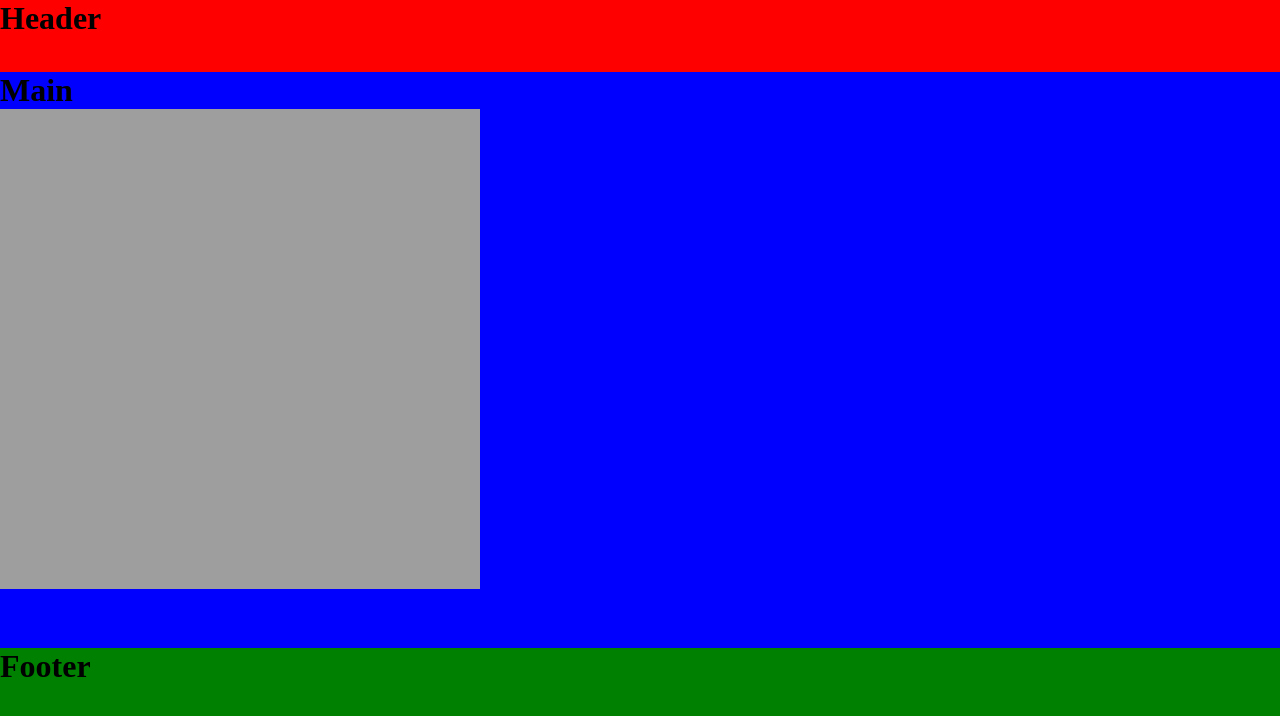
Repository: jameswilky/chess
Page: index.html
These files come from the project's save history. The page is drawn as it stood at one moment and after the next save; the edit follows.
The browser window is 1280 px wide. The pictures show the whole page.

Above is the page before, as saved 2018-11-22 09:18:14.

### index.html
<!DOCTYPE html>
<html>

<head>
    <meta charset="utf-8" />
    <title>Chess</title>
    <link href="style.css" rel="stylesheet">
</head>

<body>

    <div class="wrapper">
        <header>
            <h1>Header</h1>

        </header>
    </div>
    <div class="main">
        <h1>Main</h1>
        <div id="game">
            <canvas id="board"></canvas>
            <canvas id="markers"></canvas>
            <canvas id="chessmen_layer"></canvas>
        </div>
    </div>
    <footer>
        <h1>Footer</h1>
    </footer>
    </div>





</body>

<script src="board.js"></script>
<script src="chessmen.js"></script>
<script src="mouse.js"></script>
<script src="game.js"></script>

</html>

### style.css
* {
  padding: 0;
  margin: 0;
}

.main{
 position: absolute;
 top: 10%;
 bottom: 10%;
 right:0;
 left:0;
 background-color: blue;
}

#game{
  position: absolute;
  height: 480px;
  width: 480px;
}

#board {
  left : 0; z-index:0; position: absolute;
}

#markers {
  left : 0; z-index:0; position: absolute;
}

#chessmen_layer {
 left : 0; z-index:1; position: absolute;
}

header{
  position: absolute;
  background-color: red;
  top:0;
  right: 0;
  left: 0;
  height: 10%;
}

footer{
  position: absolute;
  z-index: 3;
  right: 0;
  left: 0;
  background-color: green;
  height: 10%;
  bottom: 0;
}

### board.js
//Define Globals
const N = 8;
const game_div = document.getElementById("game");
const WIDTH = game_div.offsetWidth;
const HEIGHT = game_div.offsetHeight;
const TILE_SIZE = HEIGHT / N; // 60

console.log(WIDTH, HEIGHT)
//Define board canvas
const board = document.getElementById("board");
const board_ctx = board.getContext("2d");
board.width = WIDTH;
board.height = HEIGHT;
let primary_color = "#a87e2b";
let secondary_color = "#ffdf9e";


//Define marker layer
const markers = document.getElementById("markers");
const markers_ctx = markers.getContext("2d");
markers.height = HEIGHT;
markers.width = WIDTH;

//Define chessmen layer
const chessmen_layer = document.getElementById("chessmen_layer");
const chessmen_ctx = chessmen_layer.getContext("2d");
chessmen_layer.height = HEIGHT;
chessmen_layer.width = WIDTH;

//Used for drawing
function drawRect(ctx, x, y, color) {
  ctx.beginPath();
  ctx.rect(x, y, TILE_SIZE, TILE_SIZE);
  ctx.fillStyle = color;
  ctx.fill();
  ctx.closePath();
}

function initialize_board() {
  // Initialize graphical and logical board
  let i, j, x, y = 0;
  let prev_color;
  for (i = 0; i < N; i++) {
    y = TILE_SIZE * i;
    if (i % 2 == 0) { //If even, start with a black grid
      prev_color = secondary_color;
    }
    else { //If odd, start with a #ffcf7c grid
      prev_color = primary_color;
    }
    for (j = 0; j < N; j++) {
      x = TILE_SIZE * j;

      if (prev_color == primary_color) { //If last block black, make this block #ffcf7c
        prev_color = secondary_color;
      }
      else if (prev_color == secondary_color) { //If last block #ffcf7c, make this block black
        prev_color = primary_color;
      }
      drawRect(board_ctx, x, y, prev_color);

    }
  }
}

### chessmen.js
let chessmen = []; // Hold living chest piece objects

// Populate list of current chess pieces
function init_chessmen(items) {
  for (let id = 0; id < items.length; id++) {
    chessmen[id] = new Chessman(id, items[id].type, items[id].row, items[id].col, items[id].faction);
    chessmen[id].render(chessmen_ctx);
  }
}

//Chest piece constructor
function Chessman(id, type, row, col, faction) {
  this.name = type + "_" + faction + "_" + id;
  this.id = id;
  this.type = type;
  this.position = {
    logical: { col: col, row: row },
    graphical: { //calculate position of chest piece
      x: (col * TILE_SIZE), y: (row * TILE_SIZE)
    }
  }
  this.faction = faction;
  this.sprite = "/images/" + type + "_" + faction + ".png";
  this.options = []; // holds objects containing possible locations to move
  this.render = function () {
    //Draws the chest piece
    let img = new Image();
    let x = this.position.graphical.x;
    let y = this.position.graphical.y;

    img.onload = function () {
      //Loads when img.src is called
      chessmen_ctx.beginPath();
      chessmen_ctx.drawImage(img, x, y);
      chessmen_ctx.closePath();
    }
    img.src = this.sprite;
  }
  this.derender = function () {
    chessmen_ctx.beginPath();
    chessmen_ctx.clearRect(this.position.graphical.x, this.position.graphical.y, TILE_SIZE, TILE_SIZE);
    chessmen_ctx.closePath();
  }
  this.calculate_movement_options = function () {
    //This function is used to determine the coordinates of each possible move for a selected tile
    this.options = []; //clear last options
    let j = 0;
    let i = 0; //used to iterate through list of options
    //console.log(type, faction, row, col)
    let r = this.position.logical.row;
    let c = this.position.logical.col;

    let options = this.options;

    function check_tile(row, col, diag, isPawn) {
      //diag is an optional variable for pawn sideways movement logic
      diag = diag || false;
      isPawn = isPawn || false;

      //Checks the status of the board to see if the chessman can move to selected tile

      let option = {}; //edited, used to hold {faction:faction}
      //Check tile does not exceed bounds of the board
      if (row > 7 || row < 0 || col > 7 || col < 0) {
        return false;
      }

      //Check if target tile contains a chessman of same faction
      let isFriendly = false;
      let isEnemy = false;

      chessmen.forEach(chessman => {
        if (chessman.position.logical.row == row && chessman.position.logical.col == col) { //Check if position is occupied
          if (chessman.faction == faction) {
            isFriendly = true;
          }
          else { //tile is occupied by enemy
            isEnemy = true;
          }
          option.contains = chessman;
        }
      })

      //pawn logic
      if (diag && isEnemy) {
        option.row = row;
        option.col = col;
        options[i] = option;
        i++;
      }
      if (diag && !isEnemy) {
        return
      }

      //if tile does not contain friendly chessmen, or if its an enemy create new option
      if (!isFriendly || isEnemy) {
        option.row = row;
        option.col = col;
        options[i] = option;
        i++;
      }
      return isFriendly || isEnemy;

    }

    if (this.type == "pawn") {
      if (this.faction == "black") {
        check_tile(r + 1, c);//south
        check_tile(r + 1, c + 1, true) // south East
        check_tile(r + 1, c - 1, true) //south West
        if (this.nMoves == 0) {
          check_tile(r + 2, c); //Extra move on first turn
        }
      }
      if (this.faction == "white") {
        check_tile(r - 1, c); //north
        check_tile(r - 1, c + 1, true) // North East
        check_tile(r - 1, c - 1, true) //North West
        if (this.nMoves == 0) {
          check_tile(r - 2, c); //Extra move on first turn
        }
      }
    }
    if (this.type == "rook") {
      for (j = 0; j < N; j++) {// South
        if (check_tile(r + j + 1, c) == true) break
      }
      for (j = 0; j < N; j++) {// East
        if (check_tile(r, c + j + 1) == true) break
      }
      for (j = 0; j < N; j++) {// North
        if (check_tile(r - j - 1, c) == true) break
      }
      for (j = 0; j < N; j++) {// West
        if (check_tile(r, c - j - 1) == true) break
      }
    }
    if (this.type == "bishop") {
      for (j = 0; j < N; j++) { // South East
        if (check_tile(r + 1 + j, c + 1 + j) == true) break
      }
      for (j = 0; j < N; j++) { // South West
        if (check_tile(r + 1 + j, c - 1 - j) == true) break
      }
      for (j = 0; j < N; j++) { // North East
        if (check_tile(r - 1 - j, c + 1 + j) == true) break
      }
      for (j = 0; j < N; j++) { // North west
        if (check_tile(r - 1 - j, c - 1 - j) == true) break
      }
    }
    if (this.type == "queen") {
      for (j = 0; j < N; j++) { // South East
        if (check_tile(r + 1 + j, c + 1 + j) == true) break
      }
      for (j = 0; j < N; j++) { // South West
        if (check_tile(r + 1 + j, c - 1 - j) == true) break
      }
      for (j = 0; j < N; j++) { // North East
        if (check_tile(r - 1 - j, c + 1 + j) == true) break
      }
      for (j = 0; j < N; j++) { // North west
        if (check_tile(r - 1 - j, c - 1 - j) == true) break
      }
      for (j = 0; j < N; j++) {// South
        if (check_tile(r + j + 1, c) == true) break
      }
      for (j = 0; j < N; j++) {// East
        if (check_tile(r, c + j + 1) == true) break
      }
      for (j = 0; j < N; j++) {// North
        if (check_tile(r - j - 1, c) == true) break
      }
      for (j = 0; j < N; j++) {// West
        if (check_tile(r, c - j - 1) == true) break
      }
    }
    if (this.type == "king") {
      check_tile(r + 1, c + 1) //South East
      check_tile(r + 1, c - 1) //South West
      check_tile(r - 1, c + 1) // North East
      check_tile(r - 1, c - 1) //North West
      check_tile(r + 1, c) //south
      check_tile(r, c + 1) //east
      check_tile(r - 1, c) //north
      check_tile(r, c - 1) //west

    }
    if (this.type == "knight") {
      // Check each tile in clockwise order
      check_tile(r - 2, c + 1)
      check_tile(r - 1, c + 2)
      check_tile(r + 1, c + 2)
      check_tile(r + 2, c + 1)
      check_tile(r + 2, c - 1)
      check_tile(r + 1, c - 2)
      check_tile(r - 1, c - 2)
      check_tile(r - 2, c - 1)
    }

    //return array of options containing locations to highlight

  }
  this.show_movement_options = function () {
    this.options.forEach(option => {
      //Represent each available movement option with a highlighted tile
      drawRect(markers_ctx, (option.col * TILE_SIZE), (option.row * TILE_SIZE), "#635e55");
    })
  }
  this.hover = false;
  this.isKing = false;
  if (this.type == "king") {
    this.isKing = true;
  }

  this.nMoves = 0;
  this.points;
  if (this.type == "king") {
    this.points = 10;
  }
  if (this.type == "queen") {
    this.points = 9;
  }
  if (this.type == "bishop") {
    this.points = 3;
  }
  if (this.type == "knight") {
    this.points = 3;
  }
  if (this.type == "rook") {
    this.points = 5;
  }
  if (this.type == "pawn") {
    this.points = 1;
  }

  //Update graphical and logical position
  this.moveTo = function (col, row) {


    function moveIsValid(r1, r2, c1, c2, options) {
      let valid = false;

      if ((r1 == r2) && (c1 == c2)) {
        // if logical position is the same, no move was made
        valid = false;
      }
      options.forEach(option => {
        if (option.row == r2 && option.col == c2) {
          //todo check faction
          valid = true;
        }
      })
      return valid
    }

    if (moveIsValid(this.position.logical.row, row, this.position.logical.col, col, this.options)) {
      //If valid, Check if enemy chessman has been killed
      //check if desination contains an enemy
      let target = chessmen.find(chessman => {
        return (chessman.position.logical.row == row && chessman.position.logical.col == col)
      })

      // then render at new position and update logical position
      //console.log("Changed position of", chessman, "from row:", chessman.position.logical.row, " col:", chessman.position.logical.col, " to row:", row, "col:", col)

      this.derender(); //De render previous position
      this.position.logical.col = col;
      this.position.logical.row = row;
      this.position.graphical.x = this.position.logical.col * TILE_SIZE;
      this.position.graphical.y = this.position.logical.row * TILE_SIZE;
      this.derender(); //remove any chess pieces
      this.render();

      //If destination contains emeny, remove it from list of active chessmen
      if (target) {
        chessmen.splice(chessmen.indexOf(target), 1);
      }

      this.nMoves++; //used to testing if pawn is moved
      // // trigger movement event
      let event = new CustomEvent('moved');
      document.dispatchEvent(event);
    }
    else {
      //re-render original position
      this.render();
    }
  }
}

// Update location of chest pieces
function render_markers() {
  //Clear all markers
  markers_ctx.clearRect(0, 0, HEIGHT, WIDTH);

  //find chessman that matches mouse location and show movement markers
  chessmen.forEach(chessman => {
    if (chessman.hover == true) {
      chessman.show_movement_options();
    }
  });


}

### mouse.js
let dragging = false;
let selector = document.createElement("img");
;

selector.ondragstart = function () {
  return false;
};

//Compare two row/col coordinates
function coordsMatch(coord, piece) {
  let xmin = piece.x;
  let xmax = piece.x + TILE_SIZE;

  let ymin = piece.y;
  let ymax = piece.y + TILE_SIZE;

  if (
    (coord.x >= xmin) &&
    (coord.x < xmax) &&
    (coord.y >= ymin) &&
    (coord.y < ymax)
  ) {
    return true
  }
}

//Listen for when we hover over a chest piece, then draw the movement options
chessmen_layer.addEventListener('mousemove', (e) => {
  if (dragging == false) {
    let pos = {
      x: e.clientX,
      y: e.clientY
    };
    //Check all chessmen and check if clicked location matches a chessman location
    chessmen.forEach(chessman => {
      if (coordsMatch(pos, chessman.position.graphical)) {
        //If true, select that chessman
        chessman.hover = true;
      }
      else {
        //Otherwise, that chessman was not selected
        chessman.hover = false;
      }
    })
    render_markers();
  }
})

//Click and drag chessmen
chessmen_layer.addEventListener('mousedown', (e) => {

  dragging = true; //stop markers rendering while dragging pieces
  let pos = {
    x: e.clientX,
    y: e.clientY
  }
  //Check all chessmen and check if clicked location matches a chessman location
  chessmen.forEach(chessman => {
    if (coordsMatch(pos, chessman.position.graphical)) {
      if (chessman.faction == "black") {
        dragging = false;
        return
      }
      //If true, derender chessman from chessman_layer, and redraw on selector layer
      chessman.derender();

      //draw selector
      selector.style.position = 'absolute';
      selector.src = chessman.sprite;
      selector.id = 'selector';
      document.body.append(selector);

      //center selector at mouse locaiton
      moveAt(pos.x, pos.y);

      function moveAt(x, y) {
        selector.style.left = x - TILE_SIZE / 2 + 'px';
        selector.style.top = y - TILE_SIZE / 2 + 'px';
      }

      function onMouseMove(moveEvent) {
        moveAt(moveEvent.clientX, moveEvent.clientY);
      }

      // selector will follow mouse on movement
      document.addEventListener('mousemove', onMouseMove);


      // drop the selector, remove unneeded handlers
      chessmen_layer.onmouseup = function (upevent) {
        document.removeEventListener('mousemove', onMouseMove);

        //clear selector
        selector.src = ""
        // console.log("before", document.getElementById('selector'))
        // document.body.removeChild(document.getElementById('selector'))
        // console.log("after", document.getElementById('selector'))

        //convert mouse pos to a row/col logical value
        let dest = {
          x: Math.trunc(upevent.clientX / TILE_SIZE),
          y: Math.trunc(upevent.clientY / TILE_SIZE)
        }

        //console.log("Event 1")
        dragging = false; // allow marker rendering to continue
        chessmen_layer.onmouseup = null;
        //Update chessman logical location and snap to grid
        chessman.moveTo(dest.x, dest.y)
      };
    }
  })
})

### game.js
//Initialize default locations
let default_locations = [
  { tile: 0, type: "rook", row: 0, col: 0, faction: "black" },
  { tile: 1, type: "knight", row: 0, col: 1, faction: "black" },
  { tile: 2, type: "bishop", row: 0, col: 2, faction: "black" },
  { tile: 3, type: "king", row: 0, col: 3, faction: "black" },
  { tile: 4, type: "queen", row: 0, col: 4, faction: "black" },
  { tile: 5, type: "bishop", row: 0, col: 5, faction: "black" },
  { tile: 6, type: "knight", row: 0, col: 6, faction: "black" },
  { tile: 7, type: "rook", row: 0, col: 7, faction: "black" },
  { tile: 8, type: "pawn", row: 1, col: 0, faction: "black" },
  { tile: 9, type: "pawn", row: 1, col: 1, faction: "black" },
  { tile: 10, type: "pawn", row: 1, col: 2, faction: "black" },
  { tile: 11, type: "pawn", row: 1, col: 3, faction: "black" },
  { tile: 12, type: "pawn", row: 1, col: 4, faction: "black" },
  { tile: 13, type: "pawn", row: 1, col: 5, faction: "black" },
  { tile: 14, type: "pawn", row: 1, col: 6, faction: "black" },
  { tile: 15, type: "pawn", row: 1, col: 7, faction: "black" },

  { tile: 48, type: "pawn", row: 6, col: 0, faction: "white" },
  { tile: 49, type: "pawn", row: 6, col: 1, faction: "white" },
  { tile: 50, type: "pawn", row: 6, col: 2, faction: "white" },
  { tile: 51, type: "pawn", row: 6, col: 3, faction: "white" },
  { tile: 52, type: "pawn", row: 6, col: 4, faction: "white" },
  { tile: 53, type: "pawn", row: 6, col: 5, faction: "white" },
  { tile: 54, type: "pawn", row: 6, col: 6, faction: "white" },
  { tile: 55, type: "pawn", row: 6, col: 7, faction: "white" },
  { tile: 56, type: "rook", row: 7, col: 0, faction: "white" },
  { tile: 57, type: "knight", row: 7, col: 1, faction: "white" },
  { tile: 58, type: "bishop", row: 7, col: 2, faction: "white" },
  { tile: 59, type: "king", row: 7, col: 3, faction: "white" },
  { tile: 60, type: "queen", row: 7, col: 4, faction: "white" },
  { tile: 61, type: "bishop", row: 7, col: 5, faction: "white" },
  { tile: 62, type: "knight", row: 7, col: 6, faction: "white" },
  { tile: 63, type: "rook", row: 7, col: 7, faction: "white" },

]

let turn = 0;
let IsWhiteTurn = false;
let IsBlackTurn = false;
let game = true;
let AIOptions = [];


function set_turn() {
  if (turn % 2 == 0) {
    IsWhiteTurn = true;
    IsBlackTurn = false;
    //console.log("White players turn")
  }
  else {
    IsBlackTurn = true;
    IsWhiteTurn = false;
    //console.log("Black players turn")
  }
  turn += 1;
}

function determineAIOptions() {
  let AIOptions = [];
  let i = 0;
  chessmen.forEach(chessman => {
    if (chessman.faction == 'black') {
      chessman.options.forEach(option => {
        let AIOption = {}; //dereference object
        AIOption.row = option.row;
        AIOption.col = option.col;
        if (option.contains) {
          AIOption.points = option.contains.points;
        }
        AIOption.chessman = chessman;
        AIOptions[i] = AIOption;
        i++;
      })
    }
  })
  return AIOptions;

}

function AIMove(options) {
  let max = 0;
  let choice = {};
  options.forEach(option => {
    if (option.points) {
      if (option.points > max) {
        max = option.points;
        choice = option;
      }
    }
  })
  if (max == 0) {
    choice = options[Math.floor(Math.random() * options.length)];  //Return a random choice
  }
  choice.chessman.moveTo(choice.col, choice.row)
  //calculate AI
}


//Set up board
initialize_board();
init_chessmen(default_locations);
chessmen.forEach(chessman => {
  chessman.calculate_movement_options();
})
set_turn();
function checkKing() {
  let kings = chessmen.filter(chessman => chessman.isKing == true)
  if (kings.length == 1) {
    alert(kings[0].faction + " Wins!!!")
  }
}

// Listen for movement
document.addEventListener('moved', function (event) {
  //check if king died last turn;
  checkKing();
  set_turn();
  //Calculate new movement positiifons
  chessmen.forEach(chessman => {
    chessman.calculate_movement_options();
  })

  if (IsBlackTurn) {
    //Run black turn AI
    chessmen.forEach(chessman => {
      chessman.calculate_movement_options(); //assign new options
    })
    AIOptions = determineAIOptions();
    AIMove(AIOptions);
  }
}, false);

After the next save:
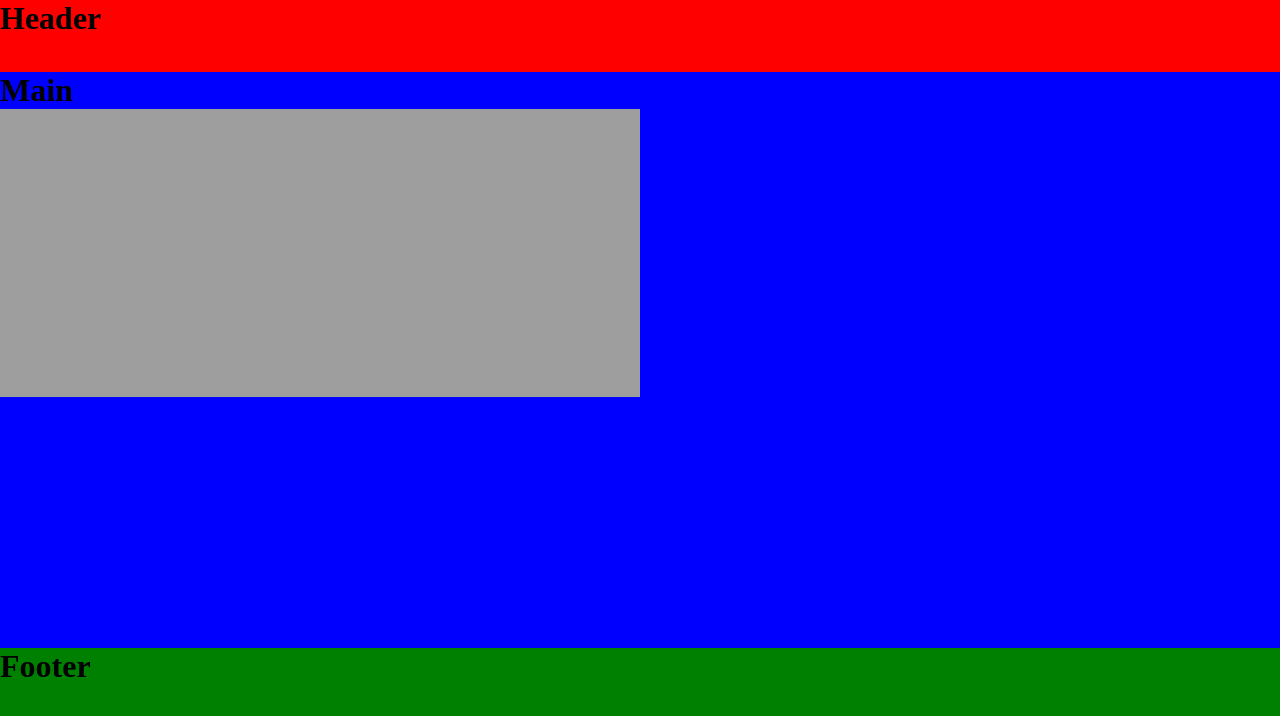
Saved 27 s later.
--- a/style.css
+++ b/style.css
@@ -14,8 +14,8 @@
 
 #game{
   position: absolute;
-  height: 480px;
-  width: 480px;
+  height: 50%;
+  width: 50%;
 }
 
 #board {

After the save that followed:
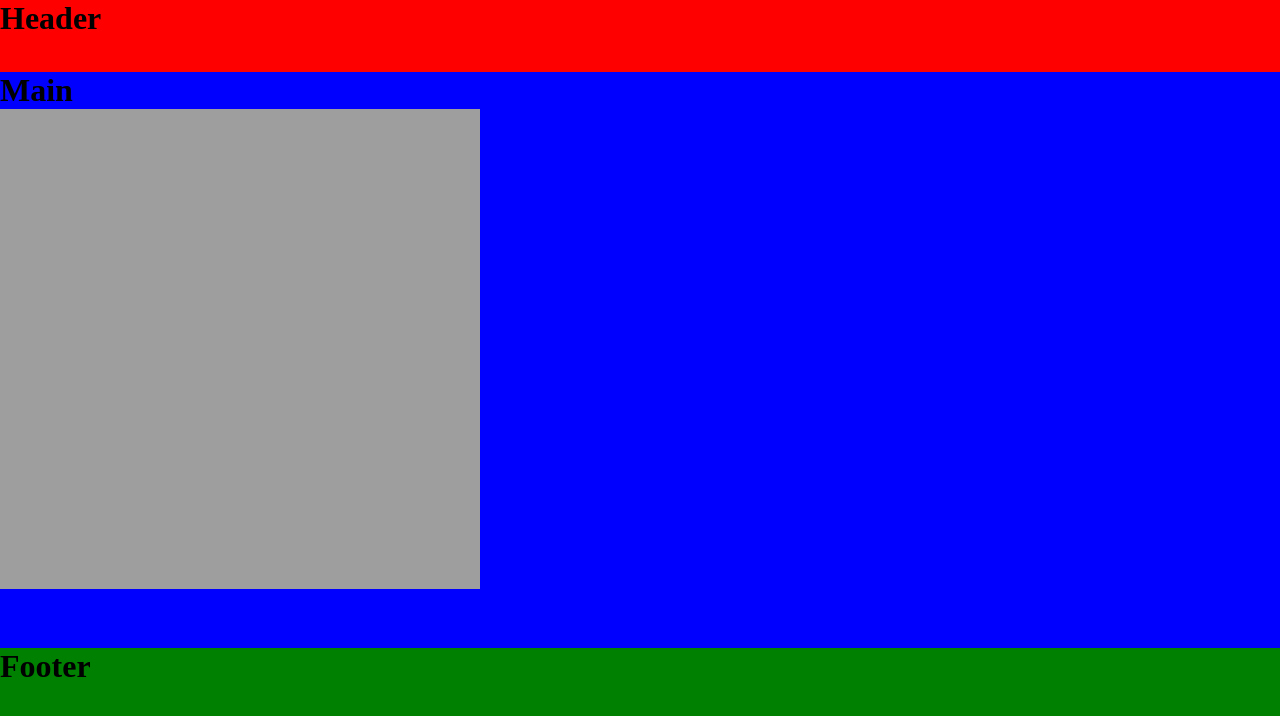
Saved 14 s later.
--- a/style.css
+++ b/style.css
@@ -14,8 +14,8 @@
 
 #game{
   position: absolute;
-  height: 50%;
-  width: 50%;
+  height: 480px;
+  width: 480px;
 }
 
 #board {
